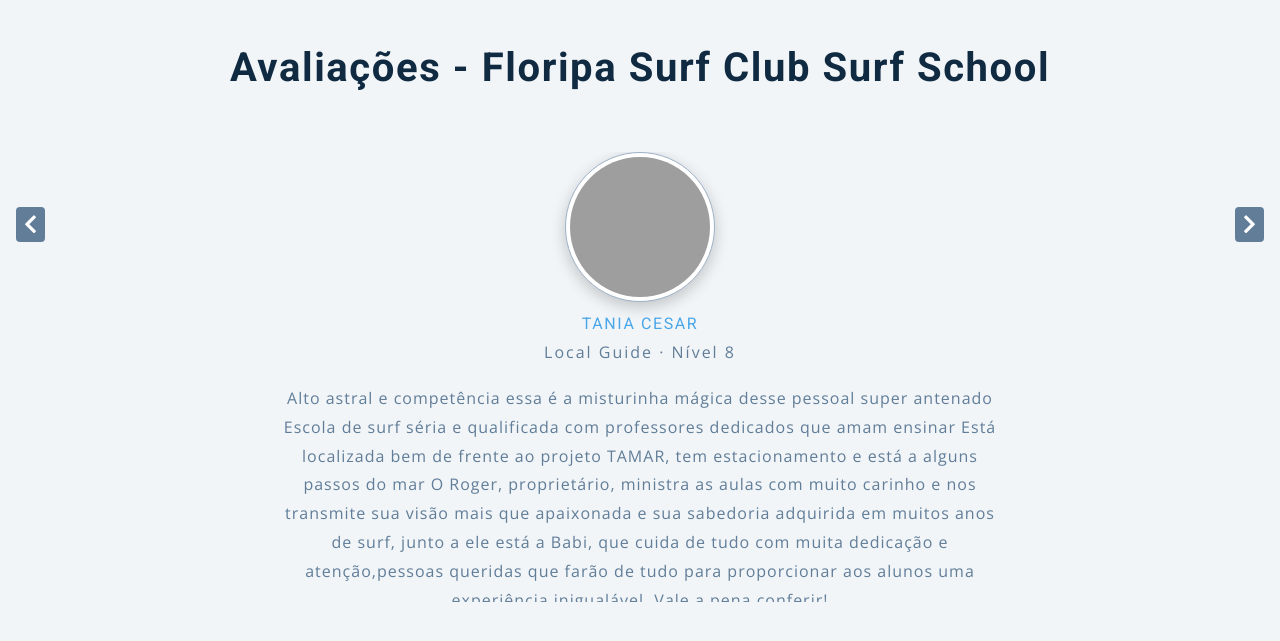
Repository: araguaci/floripasurfclub-reviews
Page: index.html
The author's editor kept a copy of each file at every save. The page is drawn from the files as they stood at one save, then again after the next save.
The browser window is 1280 px wide. The pictures show the whole page.
Pictures or frames that could not be fetched are drawn as grey boxes. Some web libraries are served in a nearby version.

Above is the page before, as saved 2021-08-23 20:45:29.

After the next save:
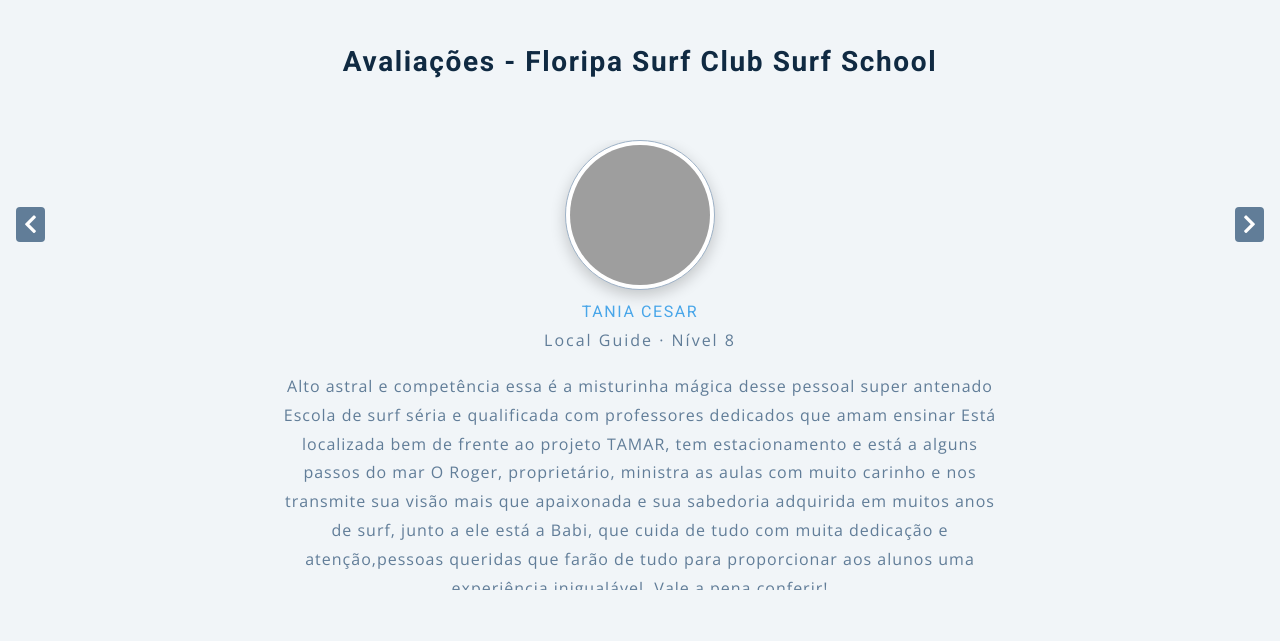
Saved 16 s later.
--- a/index.html
+++ b/index.html
@@ -33,7 +33,7 @@
   <body>
     <section class="slider">
       <div class="reviews">
-        <h2>Avaliações - Floripa Surf Club Surf School</h2>
+        <h3>Avaliações - Floripa Surf Club Surf School</h3>
       </div>
       <div class="slide-container">
         <!-- <article class="slide">
